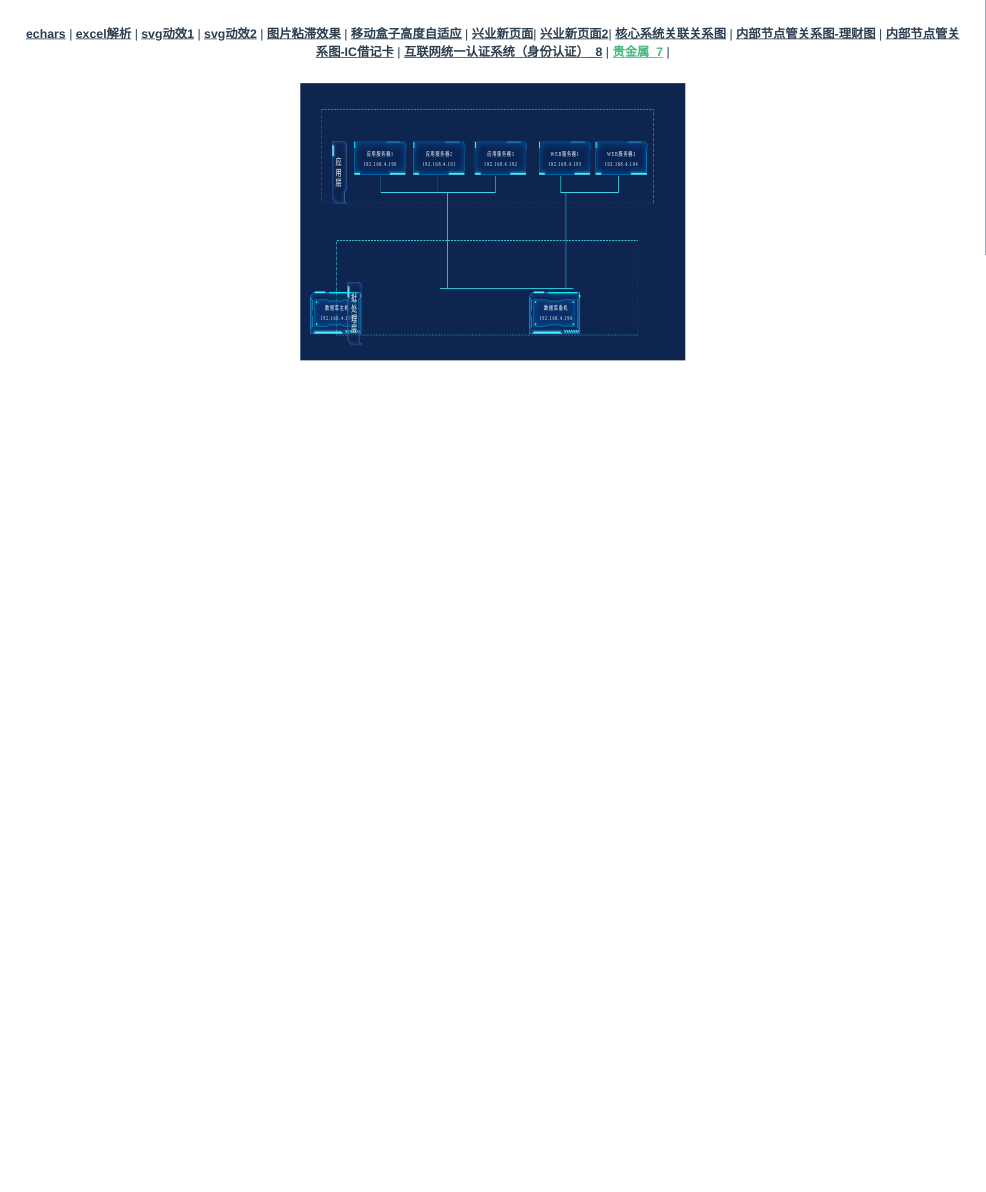
Repository: dmj199811/animation-dmj
Page: /#/work-page9
These files come from the project's save history. The page is drawn as it stood at one moment and after the next save; the edit follows.
The browser window is 1280 px wide. The pictures show the whole page, at 77% of full size.
The project was rebuilt for these pictures with package versions that can differ from the ones it lists, and the page was loaded fresh each time.

Above is the page before, as saved 2020-07-05 17:06:57.

### src/App.vue
<template>
  <div id="app">
    <div id="nav"
         v-if="this.$store.state.pageShow">
      <router-link to="/">echars</router-link> |
      <router-link to="/xlsx-example">excel解析</router-link> |
      <router-link to="/svg-example1">svg动效1</router-link> |
      <router-link to="/svg-example2">svg动效2</router-link> |
      <router-link to="/work-message">图片粘滞效果</router-link> |
      <router-link to="/work-page2">移动盒子高度自适应</router-link> |
      <router-link to="/work-page3">兴业新页面</router-link>|
      <router-link to="/work-page4">兴业新页面2</router-link>|
      <router-link to="/work-page5">核心系统关联关系图</router-link> |
      <router-link to="/work-page6">内部节点管关系图-理财图</router-link> |
      <router-link to="/work-page7">内部节点管关系图-IC借记卡</router-link> |
      <router-link to="/work-page8">互联网统一认证系统（身份认证）_8</router-link> |
      <router-link to="/work-page9">贵金属_7</router-link> |
    </div>
    <router-view />
  </div>
</template>

<style lang="less">
body {
  margin: 0;
}
#app {
  font-family: Avenir, Helvetica, Arial, sans-serif;
  -webkit-font-smoothing: antialiased;
  -moz-osx-font-smoothing: grayscale;
  text-align: center;
  color: #2c3e50;
}

#nav {
  padding: 30px;

  a {
    font-weight: bold;
    color: #2c3e50;

    &.router-link-exact-active {
      color: #42b983;
    }
  }
}
</style>

### src/router/index.js
import Vue from 'vue'
import VueRouter from 'vue-router'

Vue.use(VueRouter)

const routes = [
  {
    path: '/',
    redirect: '/circle-echarts',
  },
  {
    path: '/circle-echarts',
    name: 'ani2',
    component: () => import('../views/circle-echarts/index.vue')
  },
  {
    path: '/xlsx-example',
    name: 'xlsx1',
    component: () => import('../views/xlsx1/index.vue')
  },
  {
    path: '/svg-example1',
    name: 'svg1',
    component: () => import('../views/svg1/index.vue')
  },
  {
    path: '/svg-example2',
    name: 'svg2',
    component: () => import('../views/svg2/index.vue')
  },
  {
    path: '/work-message',
    name: 'message1',
    component: () => import('../views/work/message/index.vue')
  },
  {
    path: '/work-page2',
    name: 'show1',
    component: () => import('../views/work/show1/index.vue')
  },
  {
    path: '/work-page3',
    name: 'show2',
    component: () => import('../views/newPage/index.vue')
  },
  {
    path: '/work-page4',
    name: 'show2',
    component: () => import('../views/newPage2/index.vue')
  },
  {
    path: '/work-page5',
    name: 'show3',
    component: () => import('../views/newPage3/index.vue')
  },
  {
    path: '/work-page6',
    name: 'show4',
    component: () => import('../views/newPage4/index.vue')
  },
  {
    path: '/work-page7',
    name: 'show5',
    component: () => import('../views/newPage5/index.vue')
  },
  {
    path: '/work-page8',
    name: 'show6',
    component: () => import('../views/newPage6/index.vue')
  },
  {
    path: '/work-page9',
    name: 'show7',
    component: () => import('../views/newPage7/index.vue')
  },
]

const router = new VueRouter({
  routes
})

export default router

### src/views/newPage7/index.vue
<template>
<!-- 贵金属_7 -->
  <div class="box">
    <div class="use-box">
      <div class="use-box-top">
        <div class="use-box-top-content">
          <div class="use-box-top-item web1">
            <div>应用服务器1</div>
            <div>192.168.4.190</div>
          </div>
          <div class="use-box-top-item web2">
            <div>应用服务器2</div>
            <div>192.168.4.191</div>
          </div>
          <div class="use-box-top-item web3">
            <div>应用服务器3</div>
            <div>192.168.4.192</div>
          </div>
          <div class="use-box-top-item web4">
            <div>WEB服务器1</div>
            <div>192.168.4.193</div>
          </div>
          <div class="use-box-top-item web5">
            <div>WEB服务器2</div>
            <div>192.168.4.194</div>
          </div>


        </div>
                <!-- 数据库主机 -->
        <div class="db-device">
          <div class="batch batch-pos1">
            <div class="batch-item ">
              <div>数据库主机</div>
              <div>192.168.4.195</div>
            </div>
          </div>
          <div class="batch batch-pos2">
            <div class="batch-item ">
              <div>数据库备机</div>
              <div>192.168.4.196</div>
            </div>
          </div>
        </div>

                <!-- 层 -->
        <div class="layer-all">
          <div class="layer layer-pos1">
            <div class="layer-item">
              <div>应用层</div>
            </div>
          </div>
          <div class="layer layer-pos2">
            <div class="layer-item">
              <div>批处理层</div>
            </div>
          </div>
        </div>

      </div>
    </div>
  </div>

</template>
<script>
export default {
  data () {
    return {}
  },
  mounted () {
    this.fullScreen()
    let a = {
      'ATM系统': 'N',
      '网上银行域': 'E',
      'IC借记卡系统': 'N',
      'CFP系统': 'W',
      '电话银行域': 'E',
      '金卡系统': 'N',
      '零售信贷系统': 'W',
      '联机交易转发平台': 'N',
      '核心联机交易平台': 'E',
      'OFEP': 'W',
      '会计辅助管理系统': 'W',
      '业务策略管控平台': 'E',
      '历史检索系统': 'N',
      '企业数据集成平台': 'N',
      '银联数据综合前置系统': 'E',
      '理财卡外包制卡系统': 'W',
      '数据仓库系统': 'E',
      '统一报表系统': 'W',
      '企业CRM系统': 'N'
    }

    this.dataToArray(a)
    window.onresize = () => {
      this.fullScreen()
    }
  },
  methods: {
    fullScreen () {
      $('.box').css('transform', `scale(${document.documentElement.clientWidth / 3840},${document.documentElement.clientHeight / 1440})`)
    },
    dataToArray (data) {

    }
  }
}
</script>
<style lang="less" scoped>
.box {
  text-align: left;
  transform-origin: 0 0;
  width: 3840px;
  height: 1440px;
}
.use-box {
  font-size: 18px;
  width: 1500px;
  box-sizing: border-box;
  height: 720px;
  background: #0e2550;
  margin: 0 auto;
  color: white;
  background-image: url(./img/bg-line.png);
  background-size: 97% 100%;
  position: relative;
}
.use-box div {
  box-sizing: border-box;
}
.use-box-top {

}

.use-box-top-content {

}

.use-box-top-item {
  width: 203px;
  height: 86px;
  line-height:25px;
  background-image: url(./img/leftBlue.png);
  background-size: 100% 100%;
  font-size:16px;
  letter-spacing: 3px;
  font-family:Adobe Heiti Std;
  font-weight:normal;
  color:rgba(255,255,255,1);
  text-align: center;
  padding-top: 20px;
  margin-left: 60px;

}

.use-box-top-content .web1 {
  position: absolute;
  top: 152px;
  left: 150px;
}
.use-box-top-content .web2 {
  position: absolute;
  top: 152px;
  left: 380px;
}
.use-box-top-content .web3 {
  position: absolute;
  top: 152px;
  left: 620px;
}
.use-box-top-content .web4 {
  position: absolute;
  top: 152px;
  left: 870px;
}
.use-box-top-content .web5 {
  position: absolute;
  top: 152px;
  left: 1090px;
}


.batch {
  width:  200px;
  height: 110px;
  background-image: url(./img/db-blue.png);
  background-size: 100% 100%;
  overflow: hidden;
}

.batch-item {
  width:192px;
  height:60px;
  font-size:16px;
  font-family:Adobe Heiti Std;
  font-weight:normal;
  color:rgba(255,255,255,1);
  line-height:25px;
  letter-spacing: 3px;
  text-align: center;
  margin-top: 30px;
  margin-left: 10px;
}

.batch-pos1 {
  position: absolute;
  top: 541px;
  left: 38px;
}
.batch-pos2 {
  position: absolute;
  top: 541px;
  left: 891px;
}
.layer {
  background-image: url(./img/side-blue.png);
  background-size: 100% 100%;
  width: 64px;
  height: 168px;
  display: flex;
  text-align: center;
}

.layer-item {
  line-height: 24px;
  font-size:24px;
  letter-spacing: 3px;
  writing-mode: vertical-lr;/*从左向右 从右向左是 writing-mode: vertical-rl;*/
  writing-mode: tb-lr;/*IE浏览器的从左向右 从右向左是 writing-mode: tb-rl；*/
  margin-left: 15px;
}


.layer-pos1 {
  position: absolute;
  top: 148px;
  left: 120px;
}

.layer-pos2 {
  position: absolute;
  top: 515px;
  left: 180px;
}

</style>

Loaded but not shown: public/index.html (common file); src/main.js (common file); src/store/index.js (common file)

After the next save:
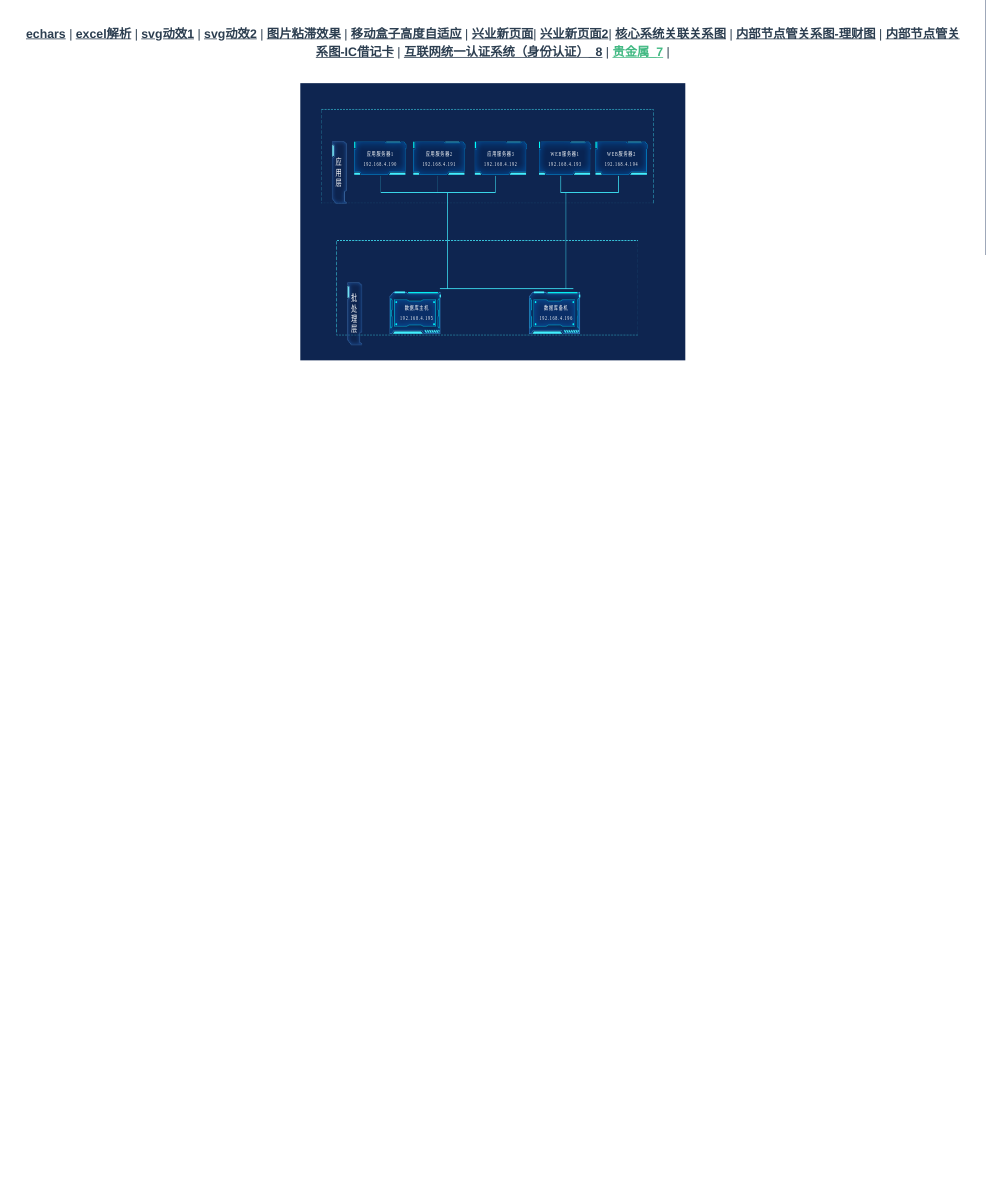
Saved 6 s later.
--- a/src/views/newPage7/index.vue
+++ b/src/views/newPage7/index.vue
@@ -205,7 +205,7 @@ export default {
 .batch-pos1 {
   position: absolute;
   top: 541px;
-  left: 38px;
+  left: 348px;
 }
 .batch-pos2 {
   position: absolute;
